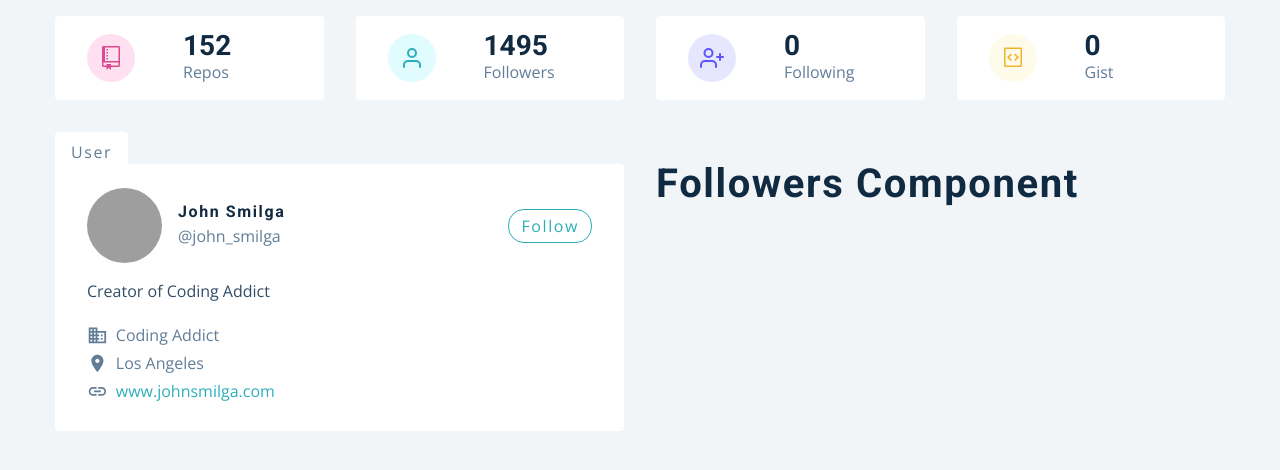
Repository: MateuszWorek/react-search-github-users
Page: /
An editor plug-in stored every save of this project. The page is shown before and after the next save, followed by the edit.
The browser window is 1280 px wide. The pictures show the whole page.
Pictures or frames that could not be fetched are drawn as grey boxes. The project was rebuilt for these pictures with package versions that can differ from the ones it lists, and the page was loaded fresh each time. Also part of the build but not shown: src/components/Charts/ExampleChart.js, src/components/Charts/Column3D.js, src/components/Charts/Bar3D.js, src/components/Charts/Pie3D.js, src/components/Charts/Doughnut2d.js, src/components/Charts/index.js, src/components/Repos.js, src/components/Search.js and 5 more.

Above is the page before, as saved 2021-01-26 20:17:59.

### src/App.js
import React from 'react';
import { Dashboard, Login, PrivateRoute, AuthWrapper, Error } from './pages';
import { BrowserRouter as Router, Switch, Route } from 'react-router-dom';

function App() {
  return (
    <Router>
      <Switch>
        <Route path="/" exact={ true }>
          <Dashboard></Dashboard>
        </Route>
        <Route path="/login">
          <Login></Login>
        </Route>
        <Route path="*">
          <Error></Error>
        </Route>
      </Switch>
    </Router>
  );
}

export default App;

### src/context/context.js
import React, { useState, useEffect } from 'react';
import mockUser from './mockData.js/mockUser';
import mockRepos from './mockData.js/mockRepos';
import mockFollowers from './mockData.js/mockFollowers';
import axios from 'axios';

const rootUrl = 'https://api.github.com';

const GithubContext = React.createContext();

// Provider, Consumer - GithubContext.Provider

const GithubProvider = ({ children }) => {
    const [githubUser, setGithubUser] = useState(mockUser);
    const [repos, setRepos] = useState(mockRepos);
    const [followers, setFollowers] = useState(mockFollowers);

    return <GithubContext.Provider value={{ githubUser, repos, followers }}>{ children }</GithubContext.Provider>
};
export { GithubProvider, GithubContext };

### src/context/mockData.js/mockUser.js
export default {
  login: 'john-smilga',
  id: 42133389,
  node_id: 'MDQ6VXNlcjQyMTMzMzg5',
  avatar_url: 'https://avatars3.githubusercontent.com/u/42133389?v=4',
  gravatar_id: '',
  url: 'https://api.github.com/users/john-smilga',
  html_url: 'https://github.com/john-smilga',
  followers_url: 'https://api.github.com/users/john-smilga/followers',
  following_url:
    'https://api.github.com/users/john-smilga/following{/other_user}',
  gists_url: 'https://api.github.com/users/john-smilga/gists{/gist_id}',
  starred_url:
    'https://api.github.com/users/john-smilga/starred{/owner}{/repo}',
  subscriptions_url: 'https://api.github.com/users/john-smilga/subscriptions',
  organizations_url: 'https://api.github.com/users/john-smilga/orgs',
  repos_url: 'https://api.github.com/users/john-smilga/repos',
  events_url: 'https://api.github.com/users/john-smilga/events{/privacy}',
  received_events_url:
    'https://api.github.com/users/john-smilga/received_events',
  type: 'User',
  site_admin: false,
  name: 'John Smilga',
  company: 'Coding Addict',
  blog: 'www.johnsmilga.com',
  location: 'Los Angeles',
  email: null,
  hireable: null,
  bio: 'Creator of Coding Addict',
  twitter_username: 'john_smilga',
  public_repos: 152,
  public_gists: 0,
  followers: 1495,
  following: 0,
  created_at: '2018-08-06T06:48:23Z',
  updated_at: '2020-07-08T05:01:32Z',
};

### src/pages/Dashboard.js
import React from 'react';
import { Info, Repos, User, Search, Navbar } from '../components';
import loadingImage from '../images/preloader.gif';
import { GithubContext } from '../context/context';
const Dashboard = () => {
  return (
    <main>
      {/* <Navbar></Navbar> */}
      {/* <Search></Search> */}
      <Info></Info>
      <User></User>
      {/* <Repos></Repos> */}
    </main>
  );
};

export default Dashboard;

### src/components/Info.js
import React from 'react';
import { GithubContext } from '../context/context';
import styled from 'styled-components';
import { GoRepo, GoGist } from 'react-icons/go';
import { FiUser, FiUserPlus } from 'react-icons/fi';

const UserInfo = () => {
  const { githubUser } = React.useContext(GithubContext);
  const { public_repos, followers, following, public_gists} = githubUser;
  const items = [
    {
      id: 1,
      icon: <GoRepo className="icon" />,
      label: 'repos',
      value: public_repos,
      color: 'pink'
    },
    {
      id: 2,
      icon: <FiUser className="icon" />,
      label: 'followers',
      value: followers,
      color: 'green'
    },
    {
      id: 3,
      icon: <FiUserPlus className="icon" />,
      label: 'following',
      value: following,
      color: 'purple'
    },
    {
      id: 4,
      icon: <GoGist className="icon" />,
      label: 'gist',
      value: public_gists,
      color: 'yellow'
    },
  ];

  return (
    <section className="section">
      <Wrapper className="section-center">
        { items.map((item) => {
          return <Item key={ item.id } { ...item }></Item>
        }) }
      </Wrapper>
    </section>
  )
};

const Item = ({ icon, label, value, color }) => {
  return (
    <article className="item">
      <span className={ color }>{ icon }</span>
      <div>
        <h3>{ value }</h3>
        <p>{ label }</p>
      </div>
    </article>
  )
};

const Wrapper = styled.section`
  display: grid;
  grid-template-columns: repeat(auto-fill, minmax(200px, 1fr));
  gap: 1rem 2rem;
  @media (min-width: 640px) {
    grid-template-columns: repeat(auto-fill, minmax(260px, 1fr));
  }
  .item {
    border-radius: var(--radius);
    padding: 1rem 2rem;
    background: var(--clr-white);
    display: grid;
    grid-template-columns: auto 1fr;
    column-gap: 3rem;
    align-items: center;
    span {
      width: 3rem;
      height: 3rem;
      display: grid;
      place-items: center;
      border-radius: 50%;
    }
    .icon {
      font-size: 1.5rem;
    }
    h3 {
      margin-bottom: 0;
      letter-spacing: 0;
    }
    p {
      margin-bottom: 0;
      text-transform: capitalize;
    }
    .pink {
      background: #ffe0f0;
      color: #da4a91;
    }
    .green {
      background: var(--clr-primary-10);
      color: var(--clr-primary-5);
    }
    .purple {
      background: #e6e6ff;
      color: #5d55fa;
    }
    .yellow {
      background: #fffbea;
      color: #f0b429;
    }
  }
`;

export default UserInfo;

### src/components/User.js
import React from 'react';
import styled from 'styled-components';
import Card from './Card';
import Followers from './Followers';
const User = () => {
  return (
    <section className="section">
      <Wrapper className="section-center">
        <Card></Card>
        <Followers></Followers>
      </Wrapper>
    </section>
  );
};

const Wrapper = styled.div`
  padding-top: 2rem;
  display: grid;
  gap: 3rem 2rem;
  @media (min-width: 992px) {
    grid-template-columns: 1fr 1fr;
  }
  /* align-items: start; */
`;

export default User;

### src/components/Card.js
import React from 'react';
import { GithubContext } from '../context/context';
import styled from 'styled-components';
import { MdBusiness, MdLocationOn, MdLink } from 'react-icons/md';
const Card = () => {
  const { githubUser } = React.useContext(GithubContext);
  const { avatar_url, html_url, name, company, blog, bio, location, twitter_username } = githubUser;
  return (
    <Wrapper>
      <header>
        <img src={ avatar_url} alt={ name }/>
        <div>
          <h4>{ name }</h4>
          <p>@{ twitter_username || 'john doe'}</p>
        </div>
        <a href={ html_url }>follow</a>
      </header>
      <p className="bio">{ bio }</p>
      <div className="links">
        <p><MdBusiness></MdBusiness>{ company }</p>
        <p><MdLocationOn></MdLocationOn>{ location || 'earth' }</p>
        <a href={ `https://${ blog }`}><MdLink></MdLink> { blog }</a>
      </div>
    </Wrapper>
  );
};
const Wrapper = styled.article`
  background: var(--clr-white);
  padding: 1.5rem 2rem;
  border-top-right-radius: var(--radius);
  border-bottom-left-radius: var(--radius);
  border-bottom-right-radius: var(--radius);
  position: relative;
  &::before {
    content: 'user';
    position: absolute;
    top: 0;
    left: 0;
    transform: translateY(-100%);
    background: var(--clr-white);
    color: var(--clr-grey-5);
    border-top-right-radius: var(--radius);
    border-top-left-radius: var(--radius);
    text-transform: capitalize;
    padding: 0.5rem 1rem 0 1rem;
    letter-spacing: var(--spacing);
    font-size: 1rem;
  }
  header {
    display: grid;
    grid-template-columns: auto 1fr auto;
    align-items: center;
    column-gap: 1rem;
    margin-bottom: 1rem;
    img {
      width: 75px;
      height: 75px;
      border-radius: 50%;
    }
    h4 {
      margin-bottom: 0.25rem;
    }
    p {
      margin-bottom: 0;
    }
    a {
      color: var(--clr-primary-5);
      border: 1px solid var(--clr-primary-5);
      padding: 0.25rem 0.75rem;
      border-radius: 1rem;
      text-transform: capitalize;
      letter-spacing: var(--spacing);
      transition: var(--transition);
      cursor: pointer;
      &:hover {
        background: var(--clr-primary-5);
        color: var(--clr-white);
      }
    }
  }
  .bio {
    color: var(--clr-grey-3);
  }
  .links {
    p,
    a {
      margin-bottom: 0.25rem;
      display: flex;
      align-items: center;
      svg {
        margin-right: 0.5rem;
        font-size: 1.3rem;
      }
    }
    a {
      color: var(--clr-primary-5);
      transition: var(--transition);
      svg {
        color: var(--clr-grey-5);
      }
      &:hover {
        color: var(--clr-primary-3);
      }
    }
  }
`;
export default Card;

### src/components/Followers.js
import React from 'react';
import { GithubContext } from '../context/context';
import styled from 'styled-components';

const Followers = () => {
  const { followers } = React.useContext(GithubContext);
  console.log(followers);
  return <h2>followers component</h2>;
};

const Wrapper = styled.article`
  background: var(--clr-white);
  border-top-right-radius: var(--radius);
  border-bottom-left-radius: var(--radius);
  border-bottom-right-radius: var(--radius);
  position: relative;

  &::before {
    content: ' followers';
    position: absolute;
    top: 0;
    left: 0;
    transform: translateY(-100%);
    background: var(--clr-white);
    color: var(--clr-grey-5);
    border-top-right-radius: var(--radius);
    border-top-left-radius: var(--radius);
    text-transform: capitalize;
    padding: 0.5rem 1rem 0 1rem;
    letter-spacing: var(--spacing);
    font-size: 1rem;
  }
  .followers {
    overflow: scroll;
    height: 260px;
    display: grid;
    grid-template-rows: repeat(auto-fill, minmax(45px, 1fr));
    gap: 1.25rem 1rem;
    padding: 1rem 2rem;
  }
  article {
    transition: var(--transition);
    padding: 0.15rem 0.5rem;
    border-radius: var(--radius);
    display: grid;
    grid-template-columns: auto 1fr;
    align-items: center;
    column-gap: 1rem;
    img {
      height: 100%;
      width: 45px;
      border-radius: 50%;
      object-fit: cover;
    }
    h4 {
      margin-bottom: 0;
    }
    a {
      color: var(--clr-grey-5);
    }
  }
`;
export default Followers;

Loaded but not shown: public/index.html (common file); src/index.js (common file); src/index.css (common file); src/serviceWorker.js (common file); src/pages/index.js (common file); src/context/mockData.js/mockRepos.js (library); src/components/index.js (common file); src/context/mockData.js/mockFollowers.js (676 lines, source omitted)

After the next save:
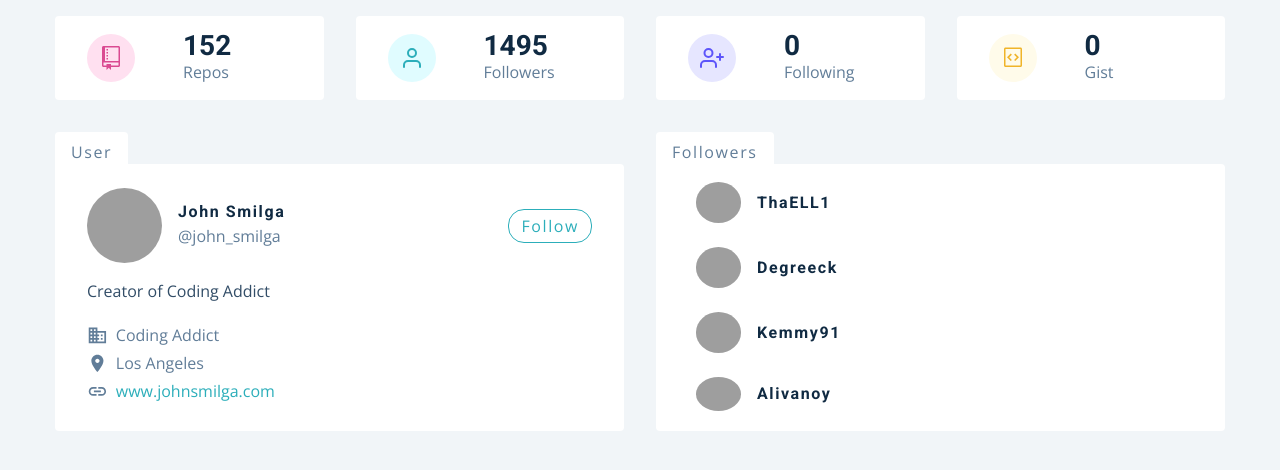
Saved 3 min 6 s later.
--- a/src/components/Followers.js
+++ b/src/components/Followers.js
@@ -4,8 +4,25 @@ import styled from 'styled-components';
 
 const Followers = () => {
   const { followers } = React.useContext(GithubContext);
-  console.log(followers);
-  return <h2>followers component</h2>;
+  // console.log(followers);
+
+  return (
+    <Wrapper>
+      <div className="followers">
+        { followers.map((follower, index) => {
+          const { avatar_url: img, html_url, login } = follower;
+          return (
+            <article key={ index }>
+              <img src={ img } alt={ login } />
+              <div>
+                <h4>{ login }</h4>
+              </div>
+            </article>
+          )
+        })}
+      </div>
+    </Wrapper>
+  );
 };
 
 const Wrapper = styled.article`
